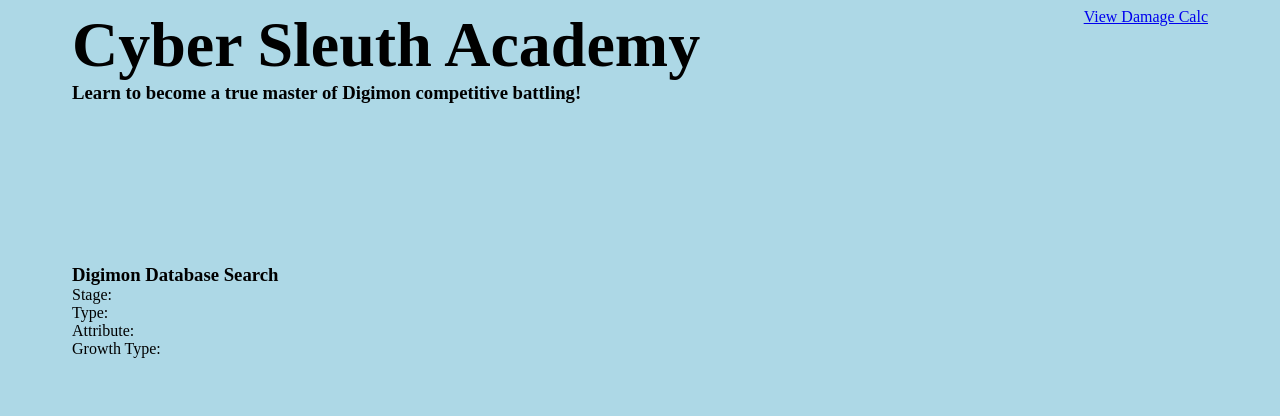
Repository: KTaylor264/Bootcamp-Solo-Project
Page: http://localhost/cyber-sleuth-academy/WEB-INF/index.jsp
These files come from the project's save history. The page is drawn as it stood at one moment and after the next save; the edit follows.
The browser window is 1280 px wide. The pictures show the whole page.
The page is served by Tomcat 9. Nobody is signed in. The template is opened directly, without the code that normally fills it, so the values that code supplies are empty.

Above is the page before, as saved 2023-03-18 23:50:17.

After the next save:
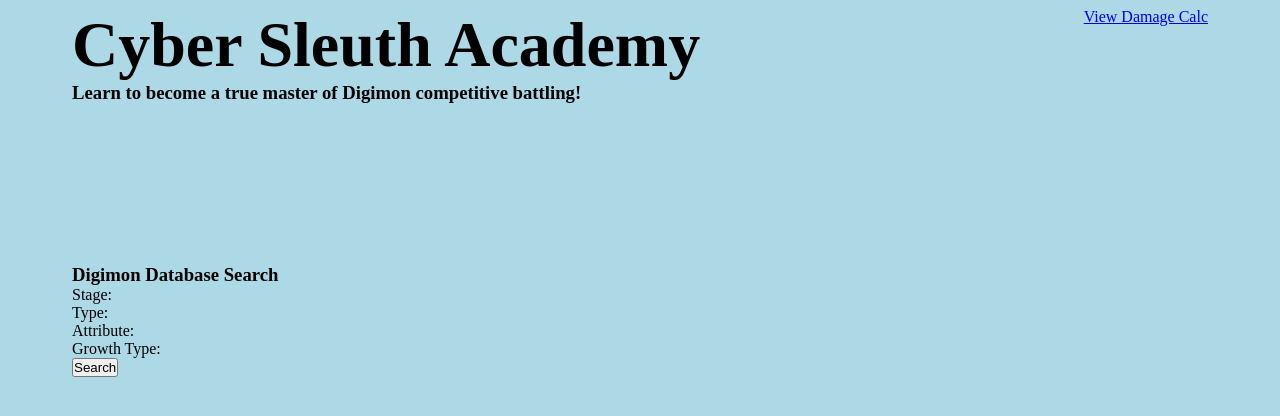
Saved 106 min 36 s later.
--- a/cyber-sleuth-academy/src/main/webapp/WEB-INF/index.jsp
+++ b/cyber-sleuth-academy/src/main/webapp/WEB-INF/index.jsp
@@ -48,6 +48,7 @@
 					<label><input type="checkbox" name="${growthType.growthTypeName}"><c:out value="${growthType.growthTypeName}"/></label>
 				</c:forEach>
 			</div>
+			<input type="button" value="Search">
 		</div>
 	</div>
    	 <script src="js/home-script.js"></script>
